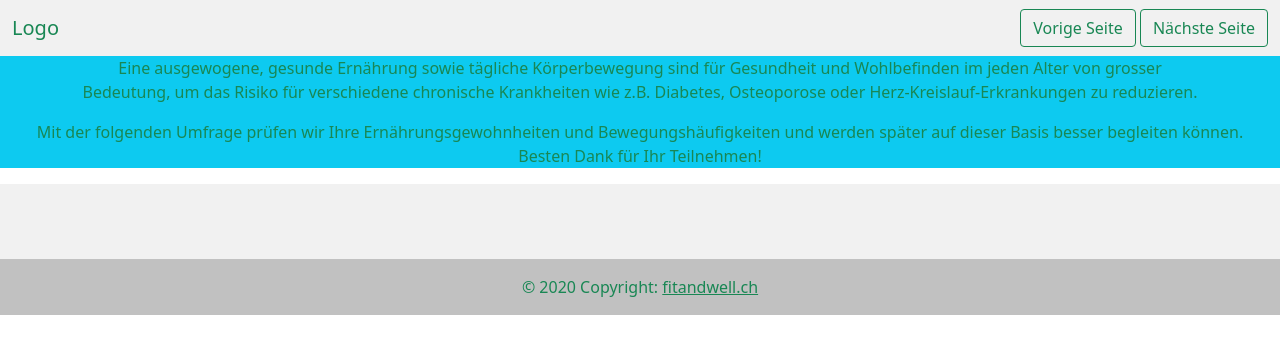
Repository: stephane71183101/Stephane-Personal-Health-Survey
Page: http://localhost/form-q01-start-page.php
These files come from the project's save history. The page is drawn as it stood at one moment and after the next save; the edit follows.
The browser window is 1280 px wide. The pictures show the whole page.
The page is run by PHP 8.4 with error messages shown; the project is at /var/www/html/.

Above is the page before, as saved 2022-03-15 15:47:20.

After the next save:
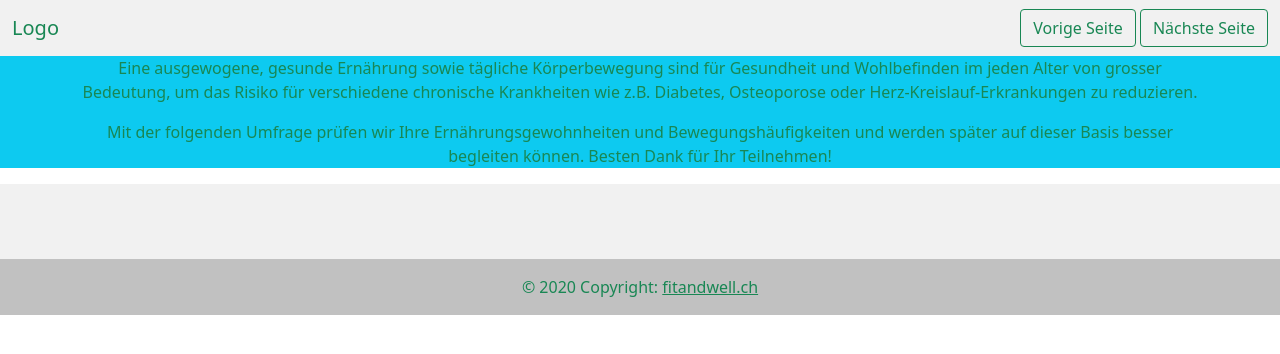
Saved 106 s later.
--- a/form-q01-start-page.php
+++ b/form-q01-start-page.php
@@ -25,8 +25,10 @@
 
 <body>
     <div class="container-fluid text-center text-success bg-info">
-    <p class="container-sm">Eine ausgewogene, gesunde Ernährung sowie tägliche Körperbewegung sind für Gesundheit und Wohlbefinden im jeden Alter von grosser Bedeutung, um das Risiko für verschiedene chronische Krankheiten wie z.B. Diabetes, Osteoporose oder Herz-Kreislauf-Erkrankungen zu reduzieren.</p>
+    <div  class="container-sm">
+    <p>Eine ausgewogene, gesunde Ernährung sowie tägliche Körperbewegung sind für Gesundheit und Wohlbefinden im jeden Alter von grosser Bedeutung, um das Risiko für verschiedene chronische Krankheiten wie z.B. Diabetes, Osteoporose oder Herz-Kreislauf-Erkrankungen zu reduzieren.</p>
     <p>Mit der folgenden Umfrage prüfen wir Ihre Ernährungsgewohnheiten und Bewegungshäufigkeiten und werden später auf dieser Basis besser begleiten können. Besten Dank für Ihr Teilnehmen!</p>
+    </div>
     </div>
 <footer>
     <div class="text-center text-white" style="background-color: #f1f1f1;">
